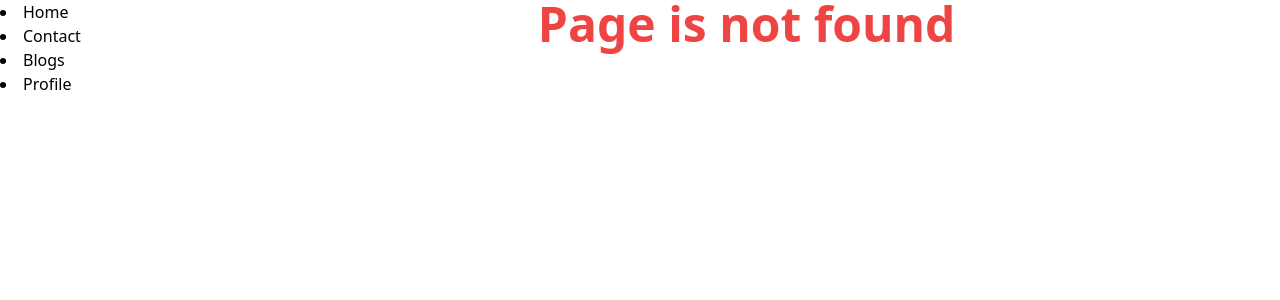
Repository: Marhamat92/reactrouterv6
Page: /profile
The author's editor kept a copy of each file at every save. The page is drawn from the files as they stood at one save, then again after the next save.
The browser window is 1280 px wide. The pictures show the whole page.
The project was rebuilt for these pictures with package versions that can differ from the ones it lists, and the page was loaded fresh each time. Also part of the build but not shown: src/App.css, src/pages/HomePage/HomePage.js, src/pages/BlogPage/Post.js, src/pages/Profile/ProfilePage.js, src/pages/BlogPage/index.js, src/pages/BlogPage/ErrorPage.js. Imported but missing from the stored project, and not drawn on this page: src/pages/BlogPage/Blog, src/pages/BlogPage/Categories, src/pages/ContactPage/ContactPage.

Above is the page before, as saved 2022-12-27 22:08:33.

### src/index.js
import React from 'react';
import ReactDOM from 'react-dom/client';
import './index.css';
import App from './App';
import reportWebVitals from './reportWebVitals';
import { BrowserRouter } from 'react-router-dom';
import AuthProvider from './context/AuthContext';


const root = ReactDOM.createRoot(document.getElementById('root'));
root.render(

  <BrowserRouter>
    <AuthProvider>
      <App />
    </AuthProvider>
  </BrowserRouter>

);

// If you want to start measuring performance in your app, pass a function
// to log results (for example: reportWebVitals(console.log))
// or send to an analytics endpoint. Learn more: https://bit.ly/CRA-vitals
reportWebVitals();

### src/App.js
import logo from './logo.svg';
import './App.css';
import { NavLink, Link, Routes, Route } from 'react-router-dom';
import HomePage from './pages/HomePage/HomePage';
import ContactPage from './pages/ContactPage/ContactPage';

import Categories from './pages/BlogPage/Categories';
import Post from './pages/BlogPage/Post';
import Blog from './pages/BlogPage/Blog';
import ProfilePage from './pages/Profile/ProfilePage';
import BlogLayout from './pages/BlogPage';
import ErrorPage from './pages/BlogPage/ErrorPage'; //! we use this under blog pages to show error page
import GeneralErrorPage from './pages/GeneralErrorPage'; //!we use this to show error page for all pages
import PrivateRoute from './components/PrivateRoute';
import AuthLayout from './pages/Auth/AuthLayout';
import LoginPage from './pages/Auth/LoginPage';

//!we use <Outlet /> to render the child components of the parent component,that is for nested routes,otherwise it is not possible to show nested routes

//!in post we use useParams to get the url parameter from the url,and you can do :id or :url or :id/:url or :url/:id or -id or -url or -id/-url or -url/-id etc..

function App() {
  return (
    <div className="grid grid-cols-6">
      <div className='col-span-1'>
        <nav>
          <li>
            <NavLink to="/" end>Home</NavLink>
          </li>
          <li>
            <NavLink to="contact">Contact</NavLink>
          </li>
          <li>
            <NavLink to="blog">Blogs</NavLink>
          </li>
          <li>
            <NavLink to="profile">Profile</NavLink>
          </li>
        </nav>
      </div>

      <div className='col-span-5'>
        <Routes>
          <Route path="/" element={<HomePage />} />
          <Route path="contact" element={<ContactPage />} />
          <Route path="blog" element={<BlogLayout />} >
            <Route index={true} element={<Blog />} />
            <Route path="categories" element={<Categories />} />
            <Route path="post/:url/:id" element={<Post />} />
            <Route path="*" element={<ErrorPage />} />
          </Route>
          <Route>
            <Route path="/auth" element={<AuthLayout />} />
            <Route path="login" element={<LoginPage />} />
          </Route>
          <Route path="/profile" element={<PrivateRoute><ProfilePage /></PrivateRoute>} />
          <Route path="*" element={<GeneralErrorPage />} />
        </Routes>
      </div>

    </div>
  );
}

export default App;

### src/context/AuthContext.js
import { createContext, useContext, useState } from "react";

const context = createContext();

export const useAuth = () => {
  return useContext(context);
}

const AuthProvider = ({ children }) => {

  const [user, setUser] = useState(false);


  const data = {
    user,
    setUser
  }


  return (
    <context.Provider value={data}>
      {children}
    </context.Provider>
  )
}


export default AuthProvider

### src/pages/GeneralErrorPage.js
import React from 'react'

function GeneralErrorPage() {
  return (
    <div>
      <h1 className='text-5xl text-red-500 font-bold text-center'>
        Page is not found
      </h1>

    </div>
  )
}

export default GeneralErrorPage

### src/components/PrivateRoute.js
import React from 'react'
import { useAuth } from '../context/AuthContext'
import { Navigate } from 'react-router-dom';

function PrivateRoute({ children }) {

  //check if user is logged in or not
  //if not logged in then redirect to login page
  //if logged in then show the component or show children

  const { user } = useAuth();

  if (!user) {
    return <Navigate to="/auth/login" />
  }




  return children
}

export default PrivateRoute

### src/pages/Auth/AuthLayout.js
import React from 'react'
import { Outlet } from 'react-router-dom'

function AuthLayout() {
  return (
    <Outlet />
  )
}

export default AuthLayout

Loaded but not shown: public/index.html (common file); src/index.css (common file); src/reportWebVitals.js (common file); tailwind.config.js (common file); src/pages/Auth/LoginPage.js (common file)

After the next save:
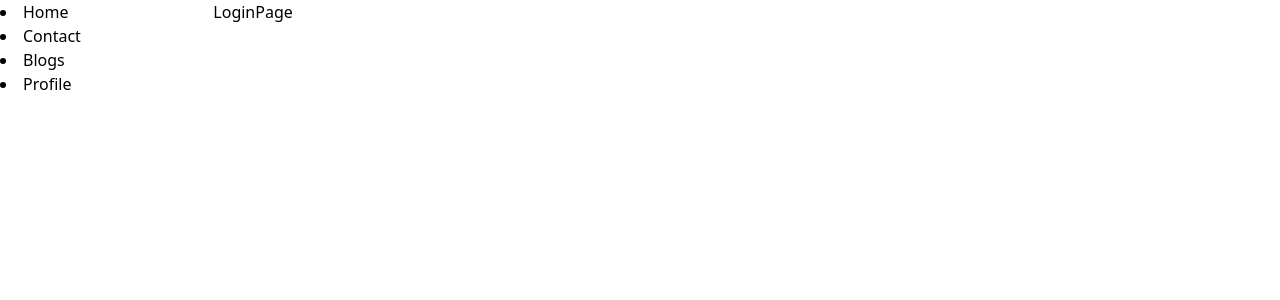
Saved 3 min 19 s later.
--- a/src/App.js
+++ b/src/App.js
@@ -49,8 +49,8 @@ function App() {
             <Route path="post/:url/:id" element={<Post />} />
             <Route path="*" element={<ErrorPage />} />
           </Route>
-          <Route>
-            <Route path="/auth" element={<AuthLayout />} />
+          <Route path="/auth" element={<AuthLayout />} >
+
             <Route path="login" element={<LoginPage />} />
           </Route>
           <Route path="/profile" element={<PrivateRoute><ProfilePage /></PrivateRoute>} />
